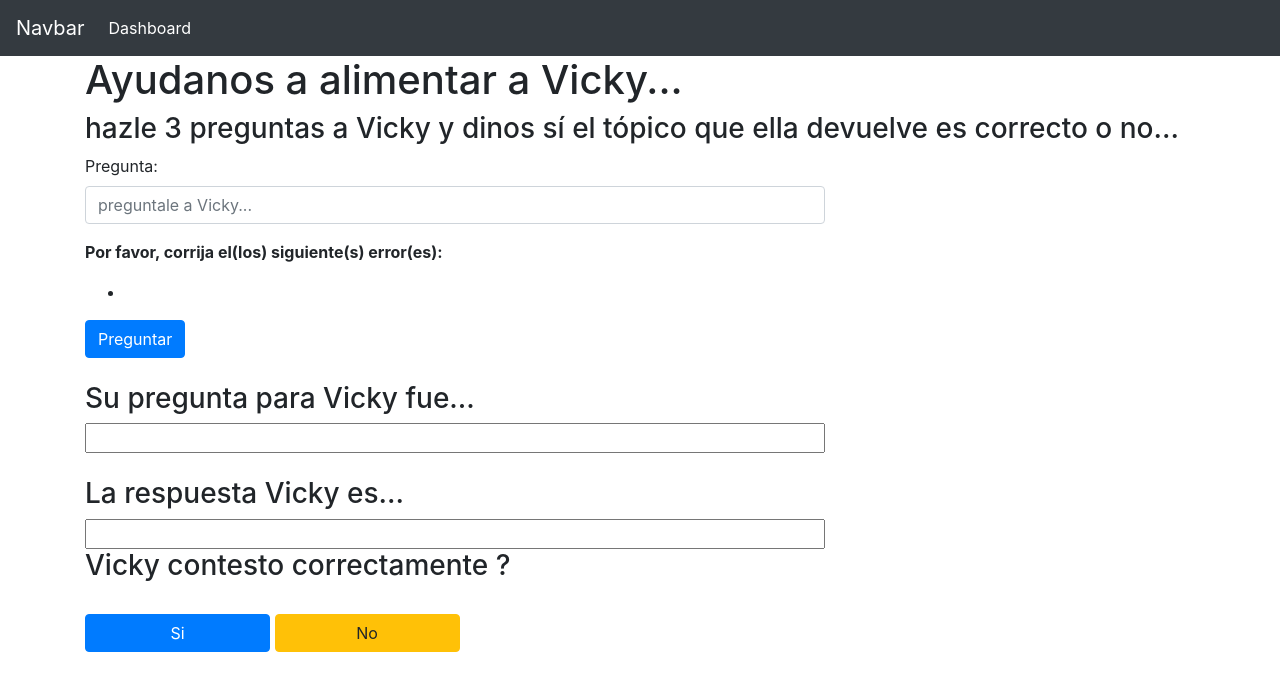
Repository: Crixtiancub/feedback_Vicky
Page: http://localhost/
The author's editor kept a copy of each file at every save. The page is drawn from the files as they stood at one save, then again after the next save.
The browser window is 1280 px wide. The pictures show the whole page.
The page is served by the project's application, run on Django 3.2 (manage.py).

Above is the page before, as saved 2021-05-11 09:40:51.

After the next save:
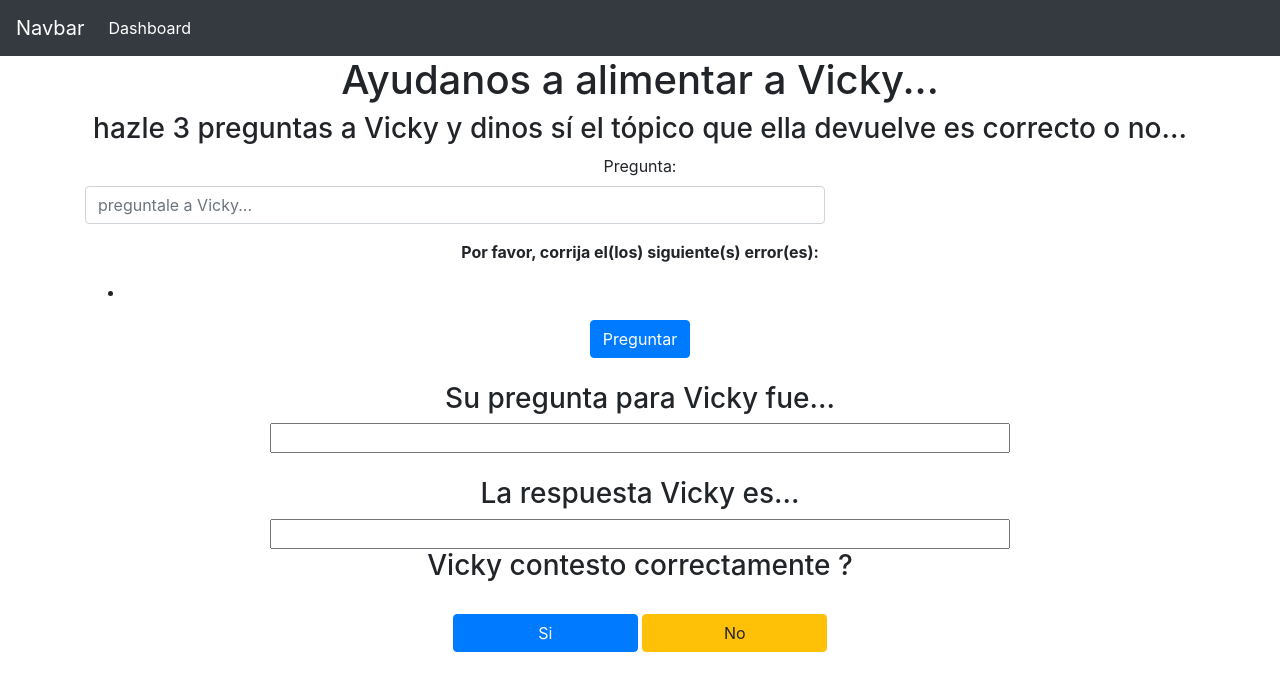
Saved 2 min 37 s later.
--- a/vicky/templates/dashboard.html
+++ b/vicky/templates/dashboard.html
@@ -2,7 +2,7 @@
 
 {% block content %}
 
-<div id="form_Vicky" class="container">
+<div id="form_Vicky" class="container text-center">
 
     <h1>Ayudanos a alimentar a Vicky...</h1>
 
